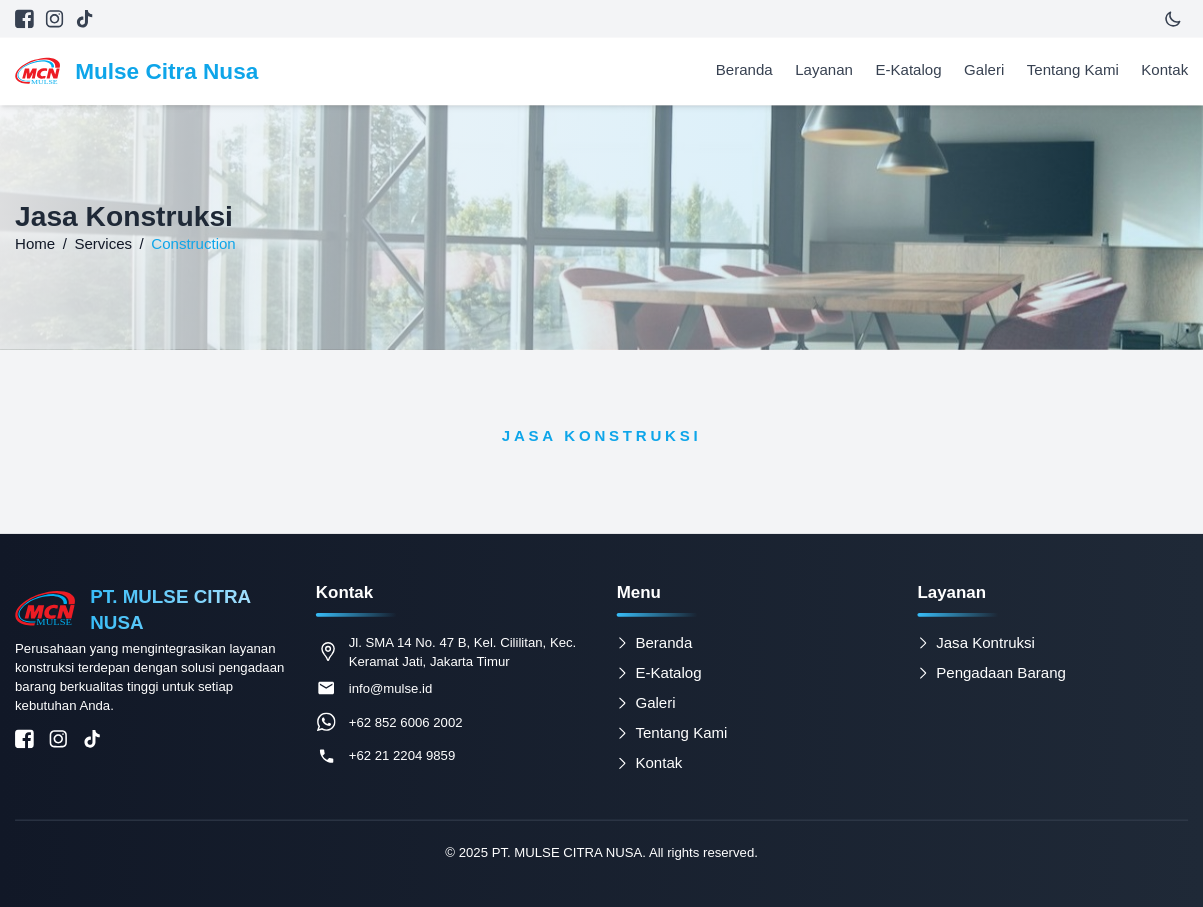
Repository: PrasBaldin/next-mulse
Page: /services/construction
An editor plug-in stored every save of this project. The page is shown before and after the next save, followed by the edit.
The browser window is 1280 px wide. The pictures show the whole page, at 94% of full size.
The project was rebuilt for these pictures with package versions that can differ from the ones it lists, and the page was loaded fresh each time. The framework's server and built-in components were replaced by stand-ins that run in the browser. Also part of the build but not shown: next.config.ts.

Above is the page before, as saved 2025-02-26 13:17:49.

After the next save:
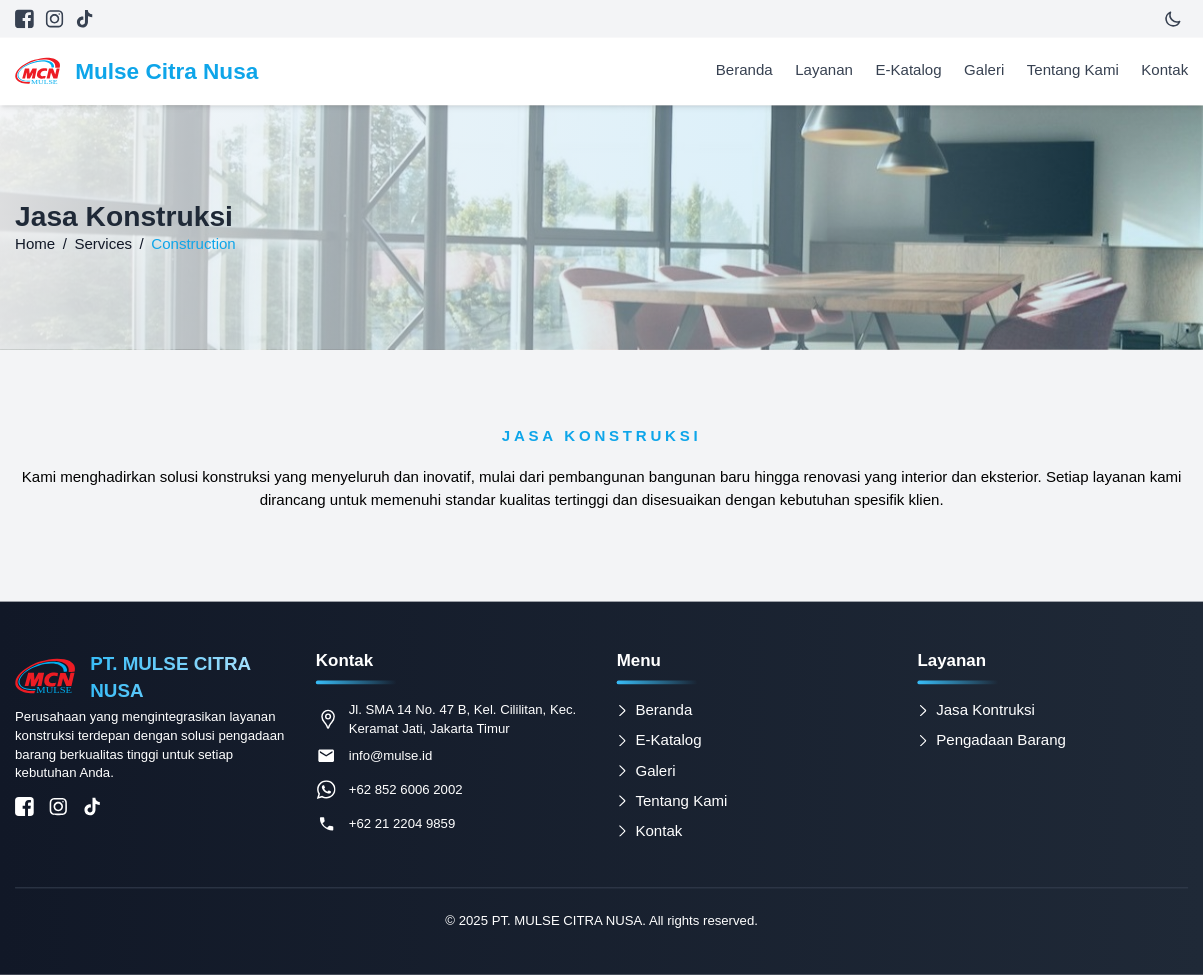
Saved 77 s later.
--- a/app/services/construction/page.tsx
+++ b/app/services/construction/page.tsx
@@ -49,6 +49,12 @@
           <h4 className="mb-3 text-sky-500 font-semibold tracking-[.25em] uppercase">
             Jasa Konstruksi
           </h4>
+          <p className="py-2 my-2">
+            Kami menghadirkan solusi konstruksi yang menyeluruh dan inovatif,
+            mulai dari pembangunan bangunan baru hingga renovasi yang interior
+            dan eksterior. Setiap layanan kami dirancang untuk memenuhi standar
+            kualitas tertinggi dan disesuaikan dengan kebutuhan spesifik klien.
+          </p>
         </div>
       </section>
     </>
